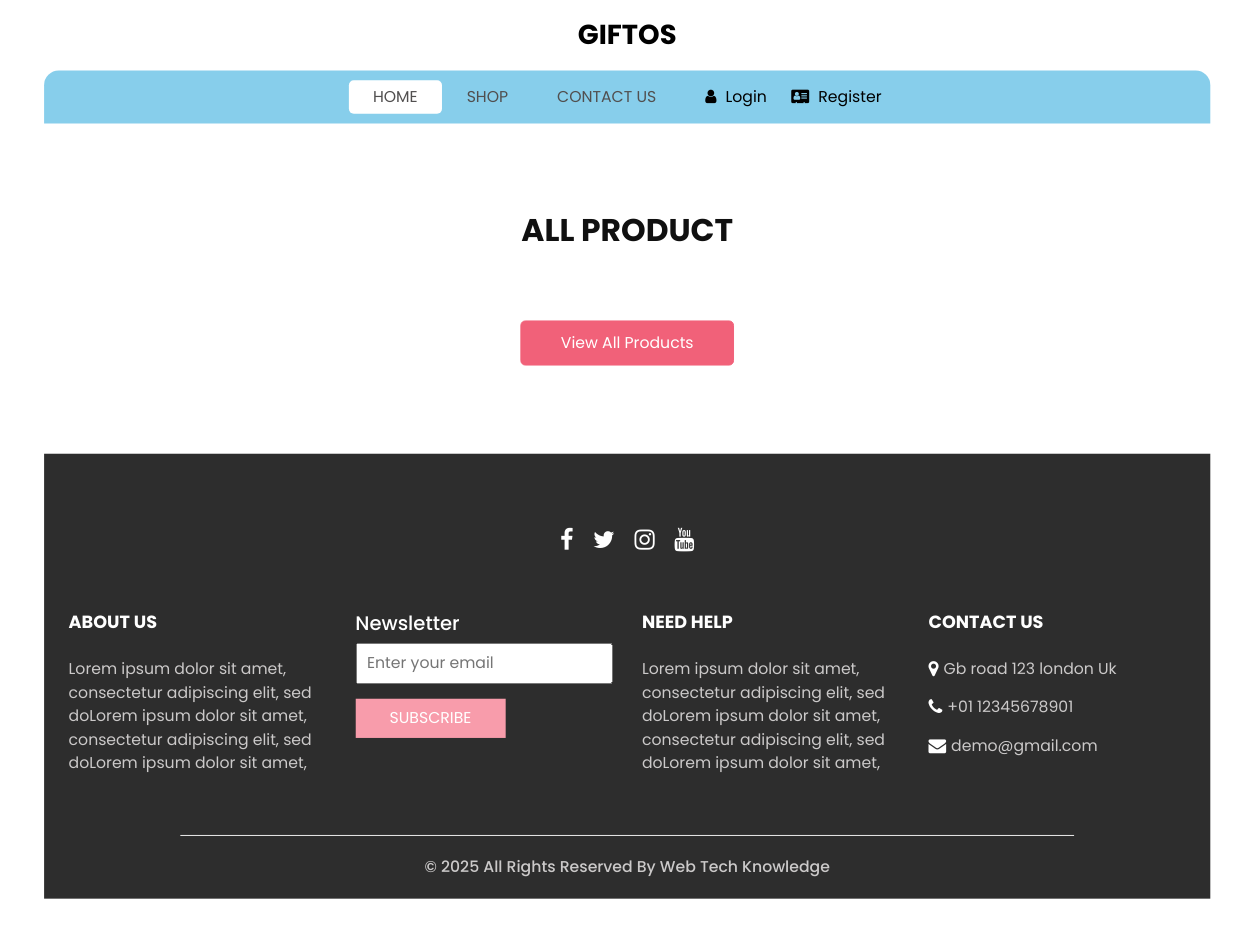
Repository: hahuuchinh2501/ecommerce_project
Page: http://localhost/view_shop
The author's editor kept a copy of each file at every save. The page is drawn from the files as they stood at one save, then again after the next save.
The browser window is 1280 px wide. The pictures show the whole page, at 98% of full size.
The page is served by the project's Laravel application, run on PHP 8.4 with Laravel 12. Other server files are loaded and not shown. Queries for data that is not in the repository find no rows.

Above is the page before, as saved 2025-04-04 12:57:40.

### routes/web.php
<?php

use App\Http\Controllers\AdminController;
use App\Http\Controllers\ProfileController;
use App\Http\Controllers\ShopController;
use Illuminate\Support\Facades\Route;

use App\Http\Controllers\HomeController;

route::get('/',[HomeController::class,'home']);

route::get('/dashboard',[HomeController::class,'login_home'])->middleware(['auth', 'verified'])->name('dashboard');

// Route::get('/dashboard', function () {
//     return view('home.index');
// })->middleware(['auth', 'verified'])->name('dashboard');

Route::middleware('auth')->group(function () {
    Route::get('/profile', [ProfileController::class, 'edit'])->name('profile.edit');
    Route::patch('/profile', [ProfileController::class, 'update'])->name('profile.update');
    Route::delete('/profile', [ProfileController::class, 'destroy'])->name('profile.destroy');
});

require __DIR__.'/auth.php';


route::get('admin/dashboard',[HomeController::class,'index'])->middleware(['auth','admin']);

route::get('view_category',[AdminController::class,'view_category'])->middleware(['auth','admin']);

route::post('add_category',[AdminController::class,'add_category'])->middleware(['auth','admin']);

route::get('delete_category/{id}',[AdminController::class,'delete_category'])->middleware(['auth','admin']);

route::get('edit_category/{id}',[AdminController::class,'edit_category'])->middleware(['auth','admin']);

route::post('update_category/{id}',[AdminController::class,'update_category'])->middleware(['auth','admin']);



route::get('view_brand',[AdminController::class,'view_brand'])->middleware(['auth','admin']);

route::post('add_brand',[AdminController::class,'add_brand'])->middleware(['auth','admin']);

route::get('delete_brand/{id}',[AdminController::class,'delete_brand'])->middleware(['auth','admin']);

route::get('edit_brand/{id}',[AdminController::class,'edit_brand'])->middleware(['auth','admin']);

route::post('update_brand/{id}',[AdminController::class,'update_brand'])->middleware(['auth','admin']);



route::get('add_product',[AdminController::class,'add_product'])->middleware(['auth','admin']);

route::post('upload_product',[AdminController::class,'upload_product'])->middleware(['auth','admin']);

route::get('view_product',[AdminController::class,'view_product'])->middleware(['auth','admin']);


route::get('delete_product/{id}',[AdminController::class,'delete_product'])->middleware(['auth','admin']);

route::get('update_product/{id}',[AdminController::class,'update_product'])->middleware(['auth','admin']);

route::post('edit_product/{id}',[AdminController::class,'edit_product'])->middleware(['auth','admin']);

route::get('product_search',[AdminController::class,'product_search'])->middleware(['auth','admin']);

Route::get('product_details/{id}', [HomeController::class, 'product_details']);

Route::get('add_cart/{id}', [HomeController::class, 'add_cart'])->middleware(['auth', 'verified']);

Route::post('add_cart/{id}', [HomeController::class, 'add_cart'])->middleware(['auth', 'verified']);

Route::get('mycart', [HomeController::class, 'mycart'])->middleware(['auth', 'verified']);

Route::get('remove_cart/{id}', [HomeController::class, 'remove_cart']);

Route::post('update_cart_quantity/{id}', [HomeController::class, 'update_cart_quantity']);

// Replace your current route with this:
Route::get('view_shop', [HomeController::class, 'view_shop']);

### app/Http/Controllers/HomeController.php
<?php

namespace App\Http\Controllers;

use Illuminate\Http\Request;

use App\Models\Product;

use App\Models\User;

use Illuminate\Support\Facades\Auth;

use App\Models\Cart;

use App\Models\Category;

class HomeController extends Controller
{
    public function index()
    {
        return view('admin.index');
    }

    public function home()
    {
        $product = Product::all();

        if(Auth::id()) {
        $user = Auth::user();

        $userid = $user->id;

        $count = Cart::where('user_id', $userid)->count();
        } else {
            $count = '';
        }



        return view('home.index',compact('product','count'));
    }

    public function login_home() {
          $product = Product::all();

       if(Auth::id()) {
        $user = Auth::user();

        $userid = $user->id;

        $count = Cart::where('user_id', $userid)->count();
        } else {
            $count = '';
        }

        return view('home.index',compact('product','count'));
    }

    public function product_details($id)
{
    $data = Product::find($id);

      if(Auth::id()) {
        $user = Auth::user();

        $userid = $user->id;

        $count = Cart::where('user_id', $userid)->count();
        } else {
            $count = '';
        }

    return view('home.product_details',compact('data','count'));
}

public function add_cart(Request $request, $id)
{
    $product_id = $id;
    $user = Auth::user();
    $user_id = $user->id;

    // Lấy số lượng từ request, mặc định là 1 nếu không có
    $quantity = $request->quantity ?? 1;

    // Kiểm tra xem sản phẩm đã có trong giỏ hàng chưa
    $existing_cart = Cart::where('user_id', $user_id)
                         ->where('product_id', $product_id)
                         ->first();

    if ($existing_cart) {
        // Nếu sản phẩm đã có trong giỏ hàng, cập nhật số lượng
        $existing_cart->quantity += $quantity;
        $existing_cart->save();
    } else {
        // Nếu chưa có, tạo mới
        $data = new Cart;
        $data->user_id = $user_id;
        $data->product_id = $product_id;
        $data->quantity = $quantity;
        $data->save();
    }

    toastr()->timeOut(10000)->closeButton()->addSuccess('Add product to cart successfully');
    return redirect()->back();
}
    public function mycart() {
       if (Auth::id())
{
    $user = Auth::user();
    $userid = $user->id;
    $count = Cart::where('user_id', $userid)->count();

    $cart = Cart::where('user_id',$userid)->get();
}

return view('home.mycart', compact('count','cart'));
    }

    public function remove_cart($id)
{
    Cart::find($id)->delete();
    return redirect()->back()->with('message', 'Product removed from cart successfully');
}

public function update_cart_quantity(Request $request, $id)
{
    $cart = Cart::find($id);
    $cart->quantity = $request->quantity;
    $cart->save();
    return redirect()->back()->with('message', 'Cart quantity updated successfully');
}
public function view_shop()
{
    $product = Product::all();

        if(Auth::id()) {
        $user = Auth::user();

        $userid = $user->id;

        $count = Cart::where('user_id', $userid)->count();
        } else {
            $count = '';
        }

    return view('home.view_shop',compact('product','count'));
}
}

### app/Models/Product.php
<?php

namespace App\Models;

use Illuminate\Database\Eloquent\Factories\HasFactory;
use Illuminate\Database\Eloquent\Model;

class Product extends Model
{
    use HasFactory;

    protected $fillable = [
        'title',
        'description',
        'price',
        'image1',
        'image2',
        'image3',
        'category_id'
    ];

    public function category()
    {
        return $this->belongsTo(Category::class);
    }
}

### resources/views/home/view_shop.blade.php
<!DOCTYPE html>
<html>

<head>
  @include('home.css')
</head>

<body>
  <div class="hero_area">
    <!-- header section strats -->
   @include('home.header')
    <!-- end header section -->
    <!-- slider section -->

    <!-- end slider section -->
  </div>
  <!-- end hero area -->

  <!-- shop section -->

     <section class="shop_section layout_padding">
    <div class="container">
      <div class="heading_container heading_center">
        <h2>
          All Product
        </h2>
      </div>
      <div class="row">
        @foreach($product as $products )


        <div class="col-sm-6 col-md-4 col-lg-3">
          <div class="box">

              <div class="img-box">
                <img src="products/{{ $products->image1 }}" alt="">
              </div>
              <div class="detail-box">
                <h6>
                  {{ $products->title }}
                </h6>
                <h6>
                  Price
                  <span>
                    {{ $products->price }}
                  </span>
                </h6>
              </div>

            <div style="padding:15px">
              <a class="btn btn-dark" style="color: white" href="{{ url('product_details', $products->id) }}">
                Details
              </a>
               <a class="btn btn-white" style="border: 1px solid " href="{{ url('add_cart', $products->id) }}">
                add cart
              </a>
          </div>
          </div>
        </div>
        @endforeach
        </div>
      </div>
      <div class="btn-box">
        <a href="{{ url('view_shop') }}">
          View All Products
        </a>
      </div>
    </div>
  </section>

  <!-- end shop section -->







  <!-- contact section -->


  <!-- end contact section -->



  <!-- info section -->

 @include('home.footer')

</body>

</html>

### resources/views/home/css.blade.php
<!-- Basic -->
  <meta charset="utf-8" />
  <meta http-equiv="X-UA-Compatible" content="IE=edge" />
  <!-- Mobile Metas -->
  <meta name="viewport" content="width=device-width, initial-scale=1, shrink-to-fit=no" />
  <!-- Site Metas -->
  <meta name="keywords" content="" />
  <meta name="description" content="" />
  <meta name="author" content="" />
  <link rel="shortcut icon" href="images/favicon.png" type="image/x-icon">

  <title>
    Giftos
  </title>

  <!-- slider stylesheet -->
  <link rel="stylesheet" type="text/css" href="https://cdnjs.cloudflare.com/ajax/libs/OwlCarousel2/2.3.4/assets/owl.carousel.min.css" />

  <!-- bootstrap core css -->
  <link rel="stylesheet" type="text/css" href="{{asset('css/bootstrap.css')}}" />

  <!-- Custom styles for this template -->
  <link href="{{asset('css/style.css')}}" rel="stylesheet" />
  <!-- responsive style -->
  <link href="{{asset('css/responsive.css')}}" rel="stylesheet" />

### resources/views/home/header.blade.php
 <header class="header_section">
      <nav class="navbar navbar-expand-lg custom_nav-container ">
        <a class="navbar-brand" href="index.html">
          <span>
            Giftos
          </span>
        </a>
        <button class="navbar-toggler" type="button" data-toggle="collapse" data-target="#navbarSupportedContent" aria-controls="navbarSupportedContent" aria-expanded="false" aria-label="Toggle navigation">
          <span class=""></span>
        </button>

        <div class="collapse navbar-collapse" id="navbarSupportedContent">
          <ul class="navbar-nav  ">
            <li class="nav-item active">
              <a class="nav-link" href="{{ url('/') }}">Home <span class="sr-only">(current)</span></a>
            </li>
            <li class="nav-item">
              <a class="nav-link" href="{{ url('view_shop') }}">
                Shop
              </a>
            </li>
            <li class="nav-item">
              <a class="nav-link" href="">Contact Us</a>
            </li>
          </ul>
          <div class="user_option">
              @if (Route::has('login'))

              @auth

               <a href="{{ url('mycart') }}">
              <i class="fa fa-shopping-bag" aria-hidden="true"></i>
              [{{ $count }}]
            </a>

             <form class="form-inline ">
              <button class="btn nav_search-btn" type="submit">
                <i class="fa fa-search" aria-hidden="true"></i>
              </button>
            </form>

                <form style="padding: 15px;" method="POST" action="{{ route('logout') }}">
                            @csrf
                  <input class="btn btn-danger" type="submit" value="logout">
              </form>

              @else

            <a href="{{ url('/login') }}">
              <i class="fa fa-user" aria-hidden="true"></i>
              <span>
                Login
              </span>
            </a>
             <a href="{{ url('/register') }}">
              <i class="fa fa-vcard" aria-hidden="true"></i>
              <span>
                Register
              </span>
            </a>
             @endauth

            @endif



          </div>
        </div>
      </nav>
    </header>

### resources/views/home/footer.blade.php
 <section class="info_section  layout_padding2-top">
    <div class="social_container">
      <div class="social_box">
        <a href="">
          <i class="fa fa-facebook" aria-hidden="true"></i>
        </a>
        <a href="">
          <i class="fa fa-twitter" aria-hidden="true"></i>
        </a>
        <a href="">
          <i class="fa fa-instagram" aria-hidden="true"></i>
        </a>
        <a href="">
          <i class="fa fa-youtube" aria-hidden="true"></i>
        </a>
      </div>
    </div>
    <div class="info_container ">
      <div class="container">
        <div class="row">
          <div class="col-md-6 col-lg-3">
            <h6>
              ABOUT US
            </h6>
            <p>
              Lorem ipsum dolor sit amet, consectetur adipiscing elit, sed doLorem ipsum dolor sit amet, consectetur adipiscing elit, sed doLorem ipsum dolor sit amet,
            </p>
          </div>
          <div class="col-md-6 col-lg-3">
            <div class="info_form ">
              <h5>
                Newsletter
              </h5>
              <form action="#">
                <input type="email" placeholder="Enter your email">
                <button>
                  Subscribe
                </button>
              </form>
            </div>
          </div>
          <div class="col-md-6 col-lg-3">
            <h6>
              NEED HELP
            </h6>
            <p>
              Lorem ipsum dolor sit amet, consectetur adipiscing elit, sed doLorem ipsum dolor sit amet, consectetur adipiscing elit, sed doLorem ipsum dolor sit amet,
            </p>
          </div>
          <div class="col-md-6 col-lg-3">
            <h6>
              CONTACT US
            </h6>
            <div class="info_link-box">
              <a href="">
                <i class="fa fa-map-marker" aria-hidden="true"></i>
                <span> Gb road 123 london Uk </span>
              </a>
              <a href="">
                <i class="fa fa-phone" aria-hidden="true"></i>
                <span>+01 12345678901</span>
              </a>
              <a href="">
                <i class="fa fa-envelope" aria-hidden="true"></i>
                <span> demo@gmail.com</span>
              </a>
            </div>
          </div>
        </div>
      </div>
    </div>
    <!-- footer section -->
    <footer class=" footer_section">
      <div class="container">
        <p>
          &copy; <span id="displayYear"></span> All Rights Reserved By
          <a href="https://html.design/">Web Tech Knowledge</a>
        </p>
      </div>
    </footer>
    <!-- footer section -->

  </section>

  <!-- end info section -->


  <script src="{{asset('js/jquery-3.4.1.min.js') }}"></script>
  <script src="{{asset('js/bootstrap.js') }}"></script>
  <script src="https://cdnjs.cloudflare.com/ajax/libs/OwlCarousel2/2.3.4/owl.carousel.min.js">
  </script>
  <script src="{{asset('js/custom.js') }}"></script>

### public/css/responsive.css
@media (max-width: 1120px) {
    .saving_section .detail-box {
        padding: 0;
    }
}

@media (max-width: 992px) {
    .user_option {
        justify-content: center;
        margin-left: 0;
        margin-top: 10px;

    }

    .custom_nav-container {
        flex-direction: row;
    }

    .custom_nav-container .navbar-nav {
        align-items: center;
    }

    #navbarSupportedContent .navbar-nav .nav-link {
        margin: 5px 0;
    }

    .slider_section .detail-box {
        padding-left: 0;
    }

    .slider_section .detail-box h1 {
        font-size: 3rem;
    }

    .slider_section .img-box {
        padding: 0;
    }

    .saving_section .row {
        flex-direction: column-reverse;
    }

    .saving_section .detail-box {

        margin-bottom: 30px;
    }

    .client_section .box {
        margin: 15px 25px;
    }

    .client_section .carousel_btn-box {
        display: flex;
        justify-content: center;
        margin-top: 45px;
    }

    .client_section .carousel-control-prev,
    .client_section .carousel-control-next {
        position: unset;
        margin: 0 2.5px;
        width: 45px;
        height: 45px;
    }
}

@media (max-width: 768px) {
    .hero_area {
        padding: 0 25px;
    }

    .slider_section .img-box {
        margin-bottom: 45px;
    }

    .saving_section,
    .gift_section {
        padding-left: 25px;
        padding-right: 25px;
    }

    .gift_section .box {
        padding: 45px 0;
    }

    .gift_section .img-box {
        padding: 0 15px;
        margin-bottom: 45px;
    }

    .info_section .row>div {
        text-align: center;
        display: flex;
        flex-direction: column;
        align-items: center;

    }

    .info_section {
        margin: 0 25px 25px;
    }


}

@media (max-width: 576px) {
    .contact_section {
        padding-left: 25px;
        padding-right: 25px;
    }
}

@media (max-width: 480px) {

    .saving_section .detail-box,
    .gift_section .detail-box {
        padding: 0 5px;
    }
}

@media (max-width: 420px) {}

@media (max-width: 376px) {}

@media (min-width: 1200px) {
    .container {
        max-width: 1170px;
    }
}

Loaded but not shown: app/Providers/AppServiceProvider.php (common file); routes/auth.php (common file); app/Http/Controllers/Auth/EmailVerificationPromptController.php (common file); app/Http/Controllers/Controller.php (common file); app/Http/Controllers/Auth/VerifyEmailController.php (common file); public/css/bootstrap.css (library); public/js/jquery-3.4.1.min.js (library); public/js/bootstrap.js (library); public/js/custom.js (common file); public/css/font-awesome.min.css (library); public/css/style.css (856 lines, source omitted)

After the next save:
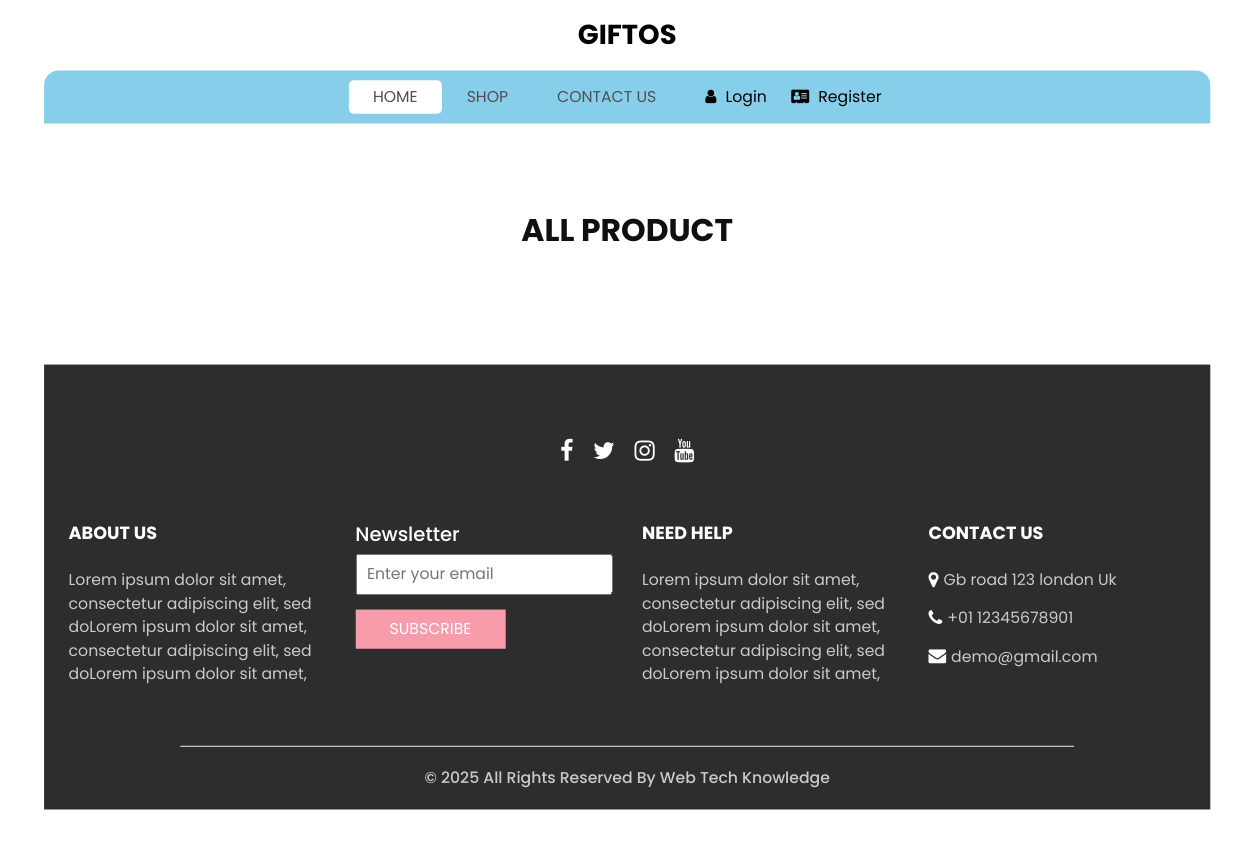
Saved 72 s later.
--- a/resources/views/home/view_shop.blade.php
+++ b/resources/views/home/view_shop.blade.php
@@ -60,11 +60,7 @@
         @endforeach
         </div>
       </div>
-      <div class="btn-box">
-        <a href="{{ url('view_shop') }}">
-          View All Products
-        </a>
-      </div>
+
     </div>
   </section>
 
